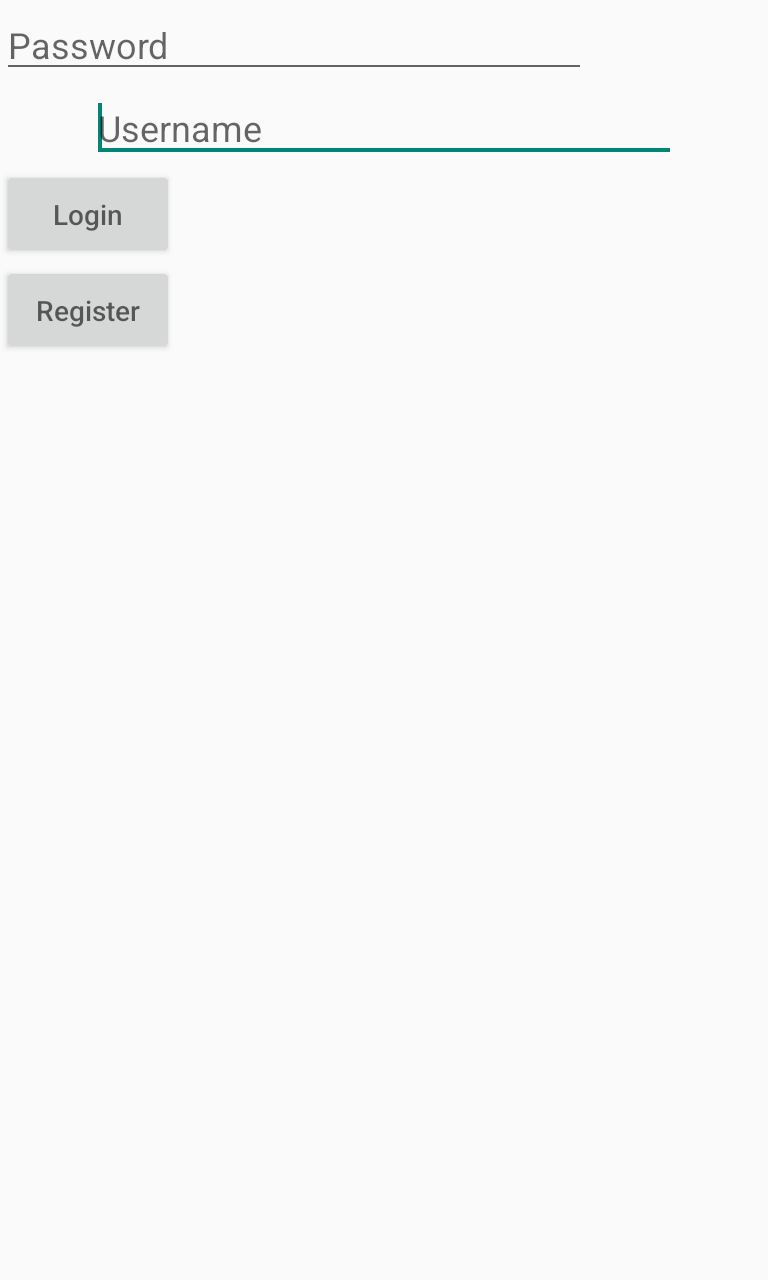
Repository: ostolz/androidteamworker
Layout: Android/TeamPlanBuch/res/layout/activity_login_screen.xml
An editor plug-in stored every save of this project. The layout is shown before and after the next save, followed by the edit.
Pictures or frames that could not be fetched are drawn as grey boxes. It is drawn on a 768 x 1280 px phone screen (xhdpi) without system bars, with theme AppTheme; the app's code is not run.

Above is the layout before, as saved 2014-05-08 10:28:55.

### Android/TeamPlanBuch/res/layout/activity_login_screen.xml
<LinearLayout xmlns:android="http://schemas.android.com/apk/res/android"
    xmlns:tools="http://schemas.android.com/tools"
    android:id="@+id/container"
    android:layout_width="match_parent"
    android:layout_height="match_parent"
    android:orientation="vertical"
    tools:context="de.iconiaone.teamplanbuch.LoginScreen"
    tools:ignore="MergeRootFrame" >

    <EditText
        android:id="@+id/password"
        android:layout_width="294dp"
        android:layout_height="wrap_content"
        android:ems="10"
        android:hint="@string/password" />

    <EditText
        android:id="@+id/username"
        android:layout_width="294dp"
        android:layout_height="wrap_content"
        android:layout_gravity="center"
        android:ems="10"
        android:hint="@string/username" >

        <requestFocus />
    </EditText>

    <Button
        android:id="@+id/login"
        android:layout_width="wrap_content"
        android:layout_height="wrap_content"
        android:hint="@string/login" />

    <Button
        android:id="@+id/register"
        android:layout_width="wrap_content"
        android:layout_height="wrap_content"
        android:hint="@string/register" />

</LinearLayout>

### Android/TeamPlanBuch/res/values/strings.xml
<?xml version="1.0" encoding="utf-8"?>
<resources>

    <string name="app_name">TeamPlanBuch</string>
    <string name="hello_world">Hello world!</string>
    <string name="action_settings">Settings</string>
    <string name="login">Login</string>
    <string name="username">Username</string>
    <string name="register">Register</string>
    <string name="password">Password</string>

</resources>

Loaded but not shown: Android/TeamPlanBuch/res/values/styles.xml (common file); Android/TeamPlanBuch/res/values-v11/styles.xml (common file); Android/TeamPlanBuch/res/values-v14/styles.xml (common file)

After the next save:
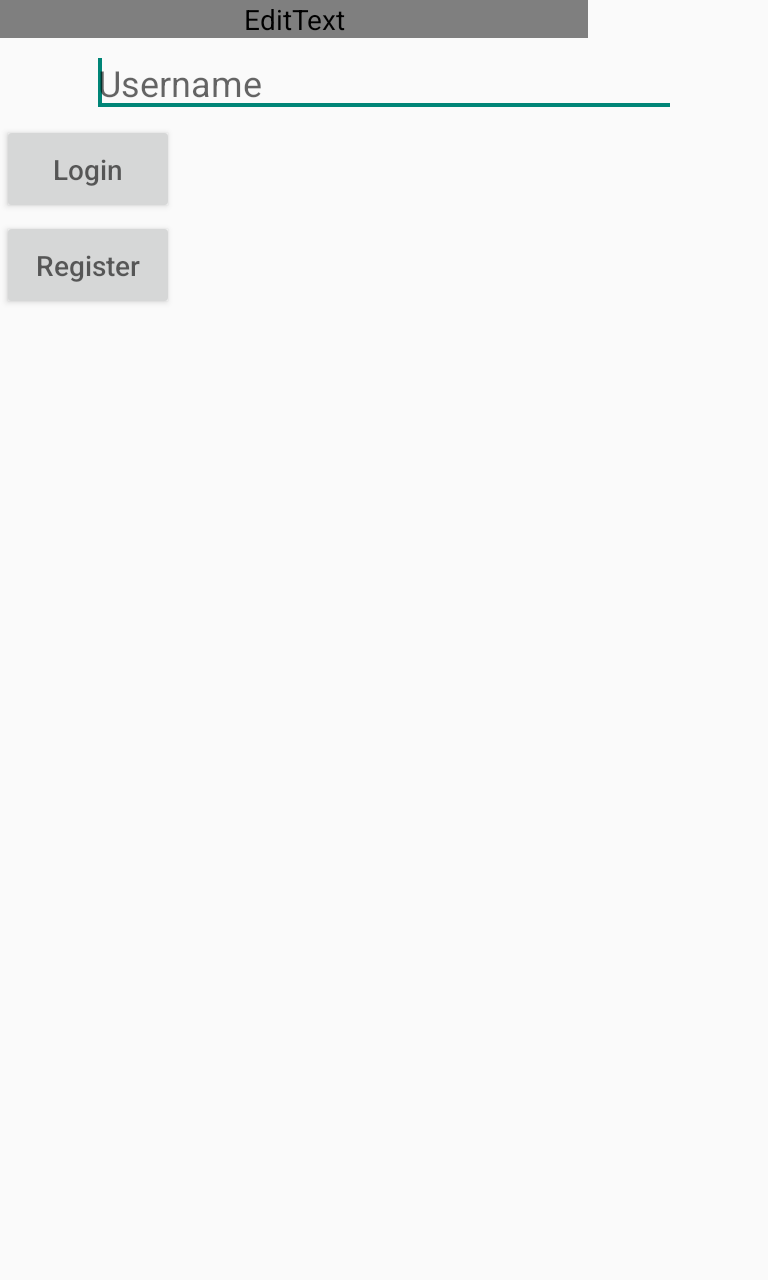
Saved 46 s later.
--- a/Android/TeamPlanBuch/res/layout/activity_login_screen.xml
+++ b/Android/TeamPlanBuch/res/layout/activity_login_screen.xml
@@ -12,7 +12,8 @@
         android:layout_width="294dp"
         android:layout_height="wrap_content"
         android:ems="10"
-        android:hint="@string/password" />
+        android:hint="@string/password"
+        android:inputMethod="textPassword" />
 
     <EditText
         android:id="@+id/username"

After the save that followed:
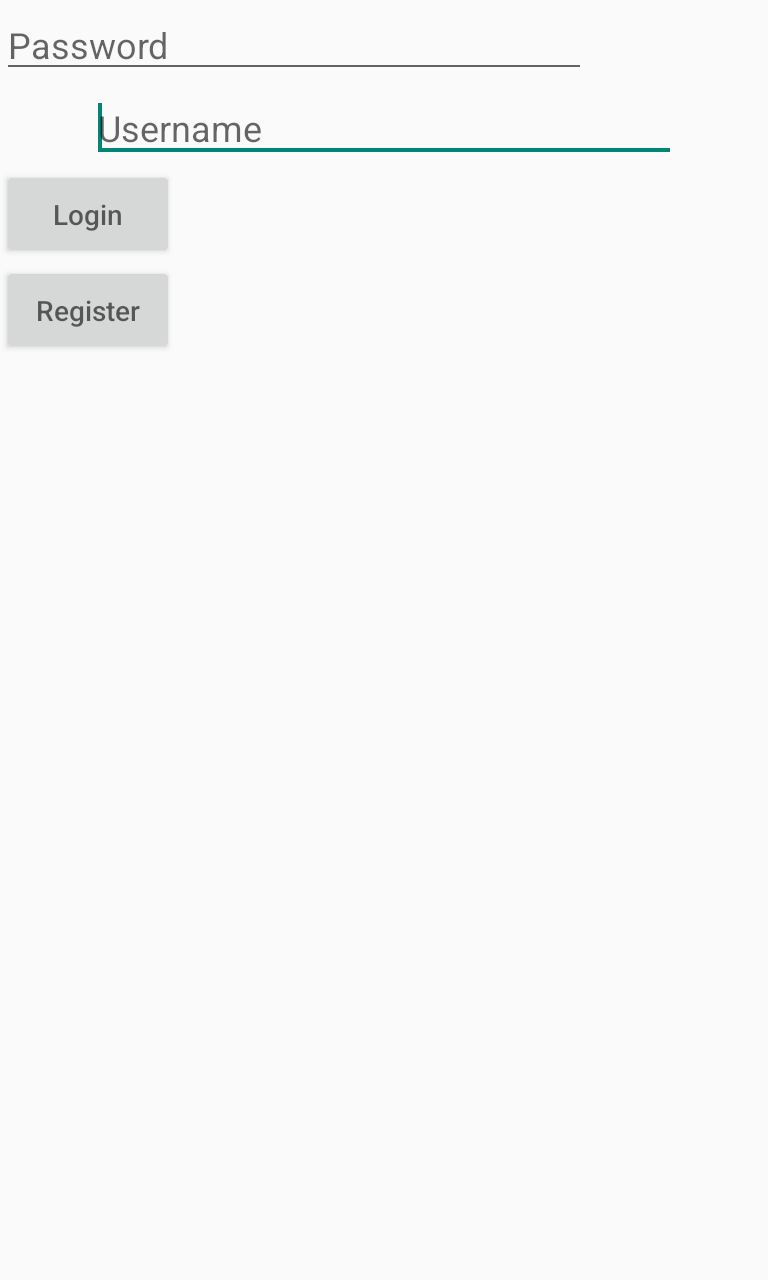
Saved 19 s later.
--- a/Android/TeamPlanBuch/res/layout/activity_login_screen.xml
+++ b/Android/TeamPlanBuch/res/layout/activity_login_screen.xml
@@ -13,7 +13,7 @@
         android:layout_height="wrap_content"
         android:ems="10"
         android:hint="@string/password"
-        android:inputMethod="textPassword" />
+        android:inputType="textPassword" />
 
     <EditText
         android:id="@+id/username"
